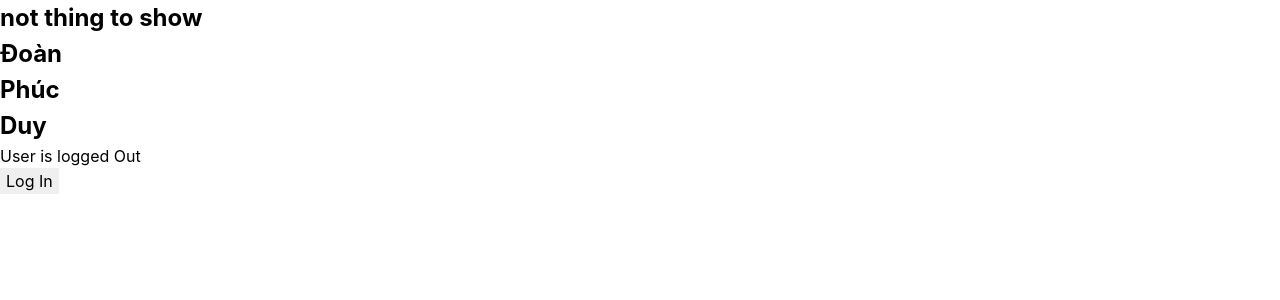
Repository: ledoanmk43/Demo_typescript
Page: /
An editor plug-in stored every save of this project. The page is shown before and after the next save, followed by the edit.
The browser window is 1280 px wide. The pictures show the whole page.
The project was rebuilt for these pictures with package versions that can differ from the ones it lists, and the page was loaded fresh each time.

Above is the page before, as saved 2022-03-07 15:38:53.

### src/App.tsx
import React from "react";

import "./App.css";
import Greeting from "./components/Greeting";
import Login from "./components/state/Login";

function App() {
  // const Name = {
  //   firstName: "Đoàn",
  //   lastName: "Lê",
  // };

  const nameList = [
    {
      firstName: "Đoàn",
      lastName: "Lê",
    },
    {
      firstName: "Phúc",
      lastName: "Lê",
    },
    {
      firstName: "Duy",
      lastName: "Lê",
    },
  ];
  return (
    <div className="App">
      <Greeting nameProps={nameList} />
      <Login />
    </div>
  );
}

export default App;

### src/App.css
*,
*::before,
*::after {
  box-sizing: border-box;
}
* {
  margin: 0;
}

html,
body {
  height: 100%;
}
body {
  line-height: 1.5;
  -webkit-font-smoothing: antialiased;
  -webkit-tap-highlight-color: rgba(0, 0, 0, 0);
}

img,
picture,
video,
canvas,
svg {
  display: block;
  max-width: 100%;
}
input,
button,
textarea,
select {
  font: inherit;
  outline: none;
  border: none;
}
p,
h1,
h2,
h3,
h4,
h5,
h6 {
  overflow-wrap: break-word;
}

### src/components/Greeting.tsx
import React from "react";

// type GreetingProps = {
//   nameProps: string; //we can also assign value like 'Doan' | 'Duy' | 'Phuc' - if there are more than 1 value for the props and we have to to check cases base on these value
// };

type GreetingProps = {
  nameProps: {
    firstName: string;
    lastName: string;
  }[]; //adding [] at the end if prop is an array

  emptyProps?: string;
};

const Greeting = (props: GreetingProps) => {
  const { emptyProps = "not thing to show" } = props;
  return (
    <div>
      <h2>{emptyProps}</h2>
      {props.nameProps.map((prop) => (
        <h2 key={prop.firstName}>{prop.firstName}</h2>
      ))}
    </div>
  );
};

export default Greeting;

### src/components/state/Login.tsx
import React, { useState } from "react";

type User = {
  userName: string;
  passWord: string;
};

const Login = () => {
  const [isLoggedin, setIsLoggedin] = useState(false);
  const [user, setUser] = useState<User | null>(null);

  const logIn = () => {
    setIsLoggedin(true);
    setUser({
      userName: "abc",
      passWord: "123",
    });
    console.log(user);
  };
  const logOut = () => {
    setIsLoggedin(false);
    setUser(null);
    console.log(user);
  };
  return (
    <div>
      <div>User is {isLoggedin ? "logged In" : "logged Out"}</div>
      {user ? (
        <button onClick={logOut}>Log Out</button>
      ) : (
        <button onClick={logIn}>Log In</button>
      )}
    </div>
  );
};

export default Login;

Loaded but not shown: public/index.html (common file); src/index.tsx (common file); src/index.css (common file); src/reportWebVitals.ts (common file)

After the next save:
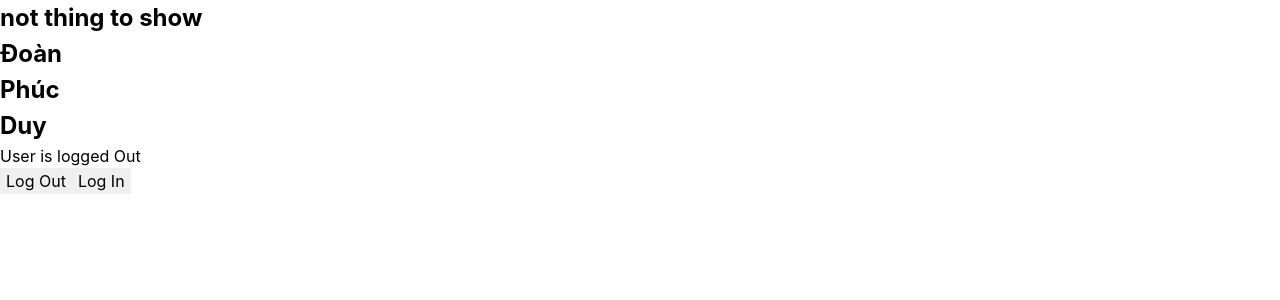
Saved 61 s later.
--- a/src/components/state/Login.tsx
+++ b/src/components/state/Login.tsx
@@ -25,11 +25,10 @@ const Login = () => {
   return (
     <div>
       <div>User is {isLoggedin ? "logged In" : "logged Out"}</div>
-      {user ? (
-        <button onClick={logOut}>Log Out</button>
-      ) : (
-        <button onClick={logIn}>Log In</button>
-      )}
+
+      <button onClick={logOut}>Log Out</button>
+
+      <button onClick={logIn}>Log In</button>
     </div>
   );
 };
